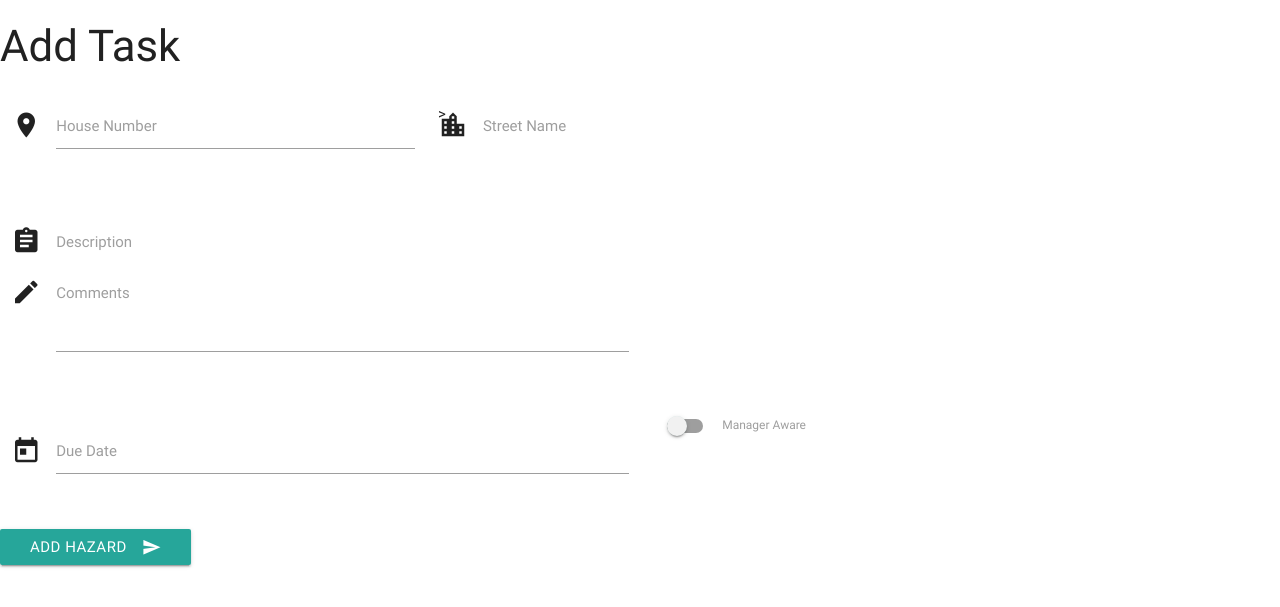
Repository: bandyp/Postal-Reminders
Page: http://localhost/add_hazard
The author's editor kept a record of every edit. The page is drawn from the files as they stood at one moment, then again after the next edit.
The browser window is 1280 px wide. The pictures show the whole page.
The page is served by the project's application, run on Flask 3 (app.py).

Above is the page before.

After the next edit:
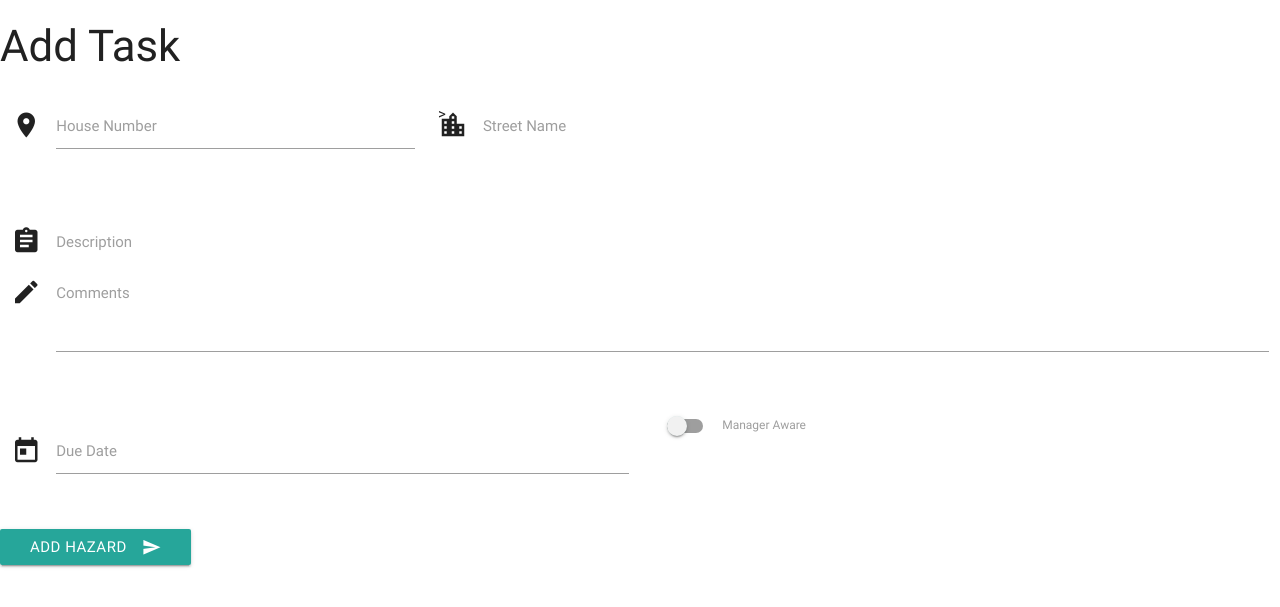
The edit:
--- a/templates/addhazard.html
+++ b/templates/addhazard.html
@@ -53,7 +53,7 @@
             </div>
         </div>
         <div class="row">
-            <div class="input-field col s6">
+            <div class="input-field col s12">
                 <i class="material-icons prefix">mode_edit</i>
                 <textarea id="comments" name="comments" class="materialize-textarea"></textarea>
                 <label for="Comments">Comments</label>
